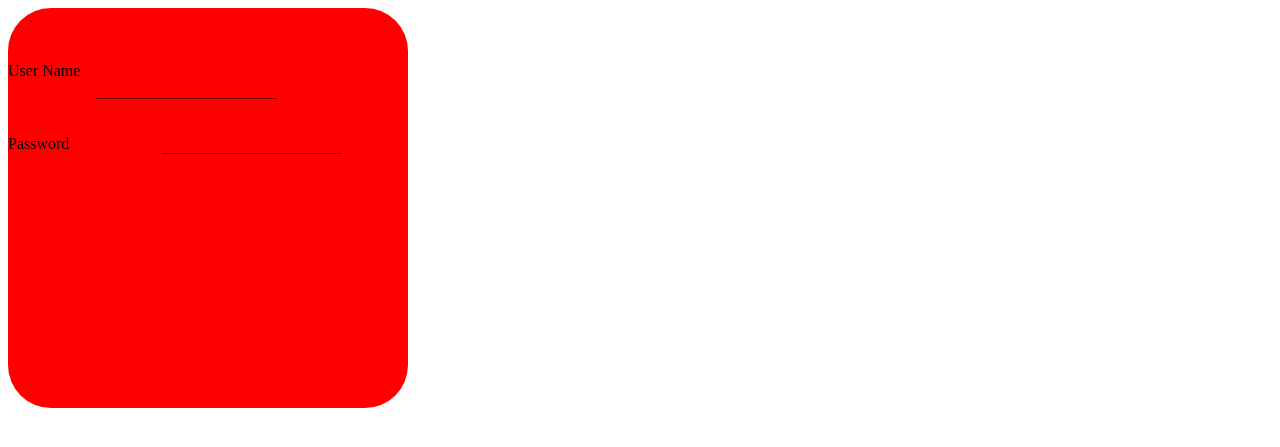
Repository: rkrukshan/Glass_Login_CSS
Page: loginform.html
These files come from the project's save history. The page is drawn as it stood at one moment and after the next save; the edit follows.
The browser window is 1280 px wide. The pictures show the whole page.

Above is the page before, as saved 2023-10-02 22:53:04.

After the next save:
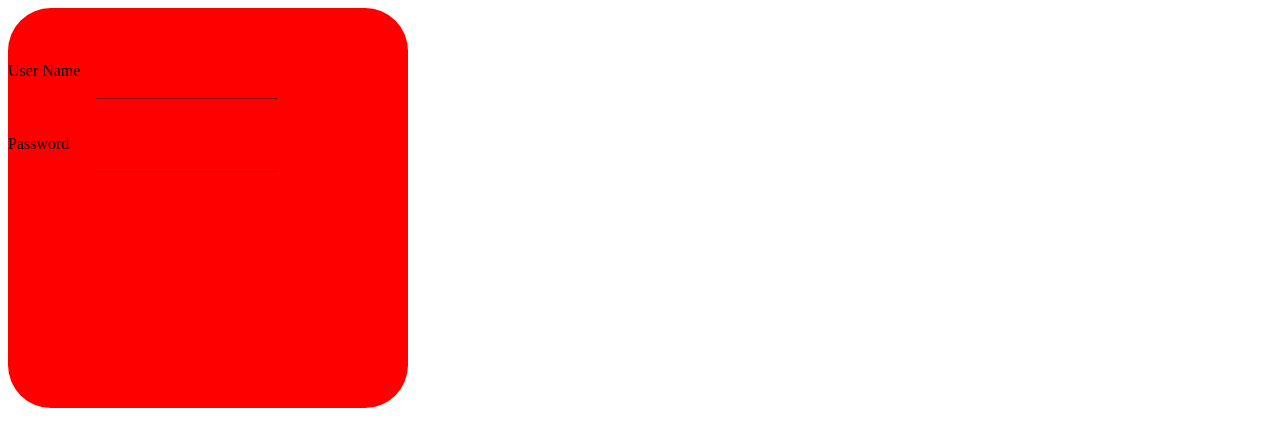
Saved 5 s later.
--- a/loginform.html
+++ b/loginform.html
@@ -36,7 +36,7 @@
         <br><br><br>
         <label class="" for="">User Name</label><br>
         <input type="text" name="" id=""><br><br><br>
-        <label class="" for="">Password</label>
+        <label class="" for="">Password</label><br>
         <input type="password" name="" id="">
     </form>
 </body>
